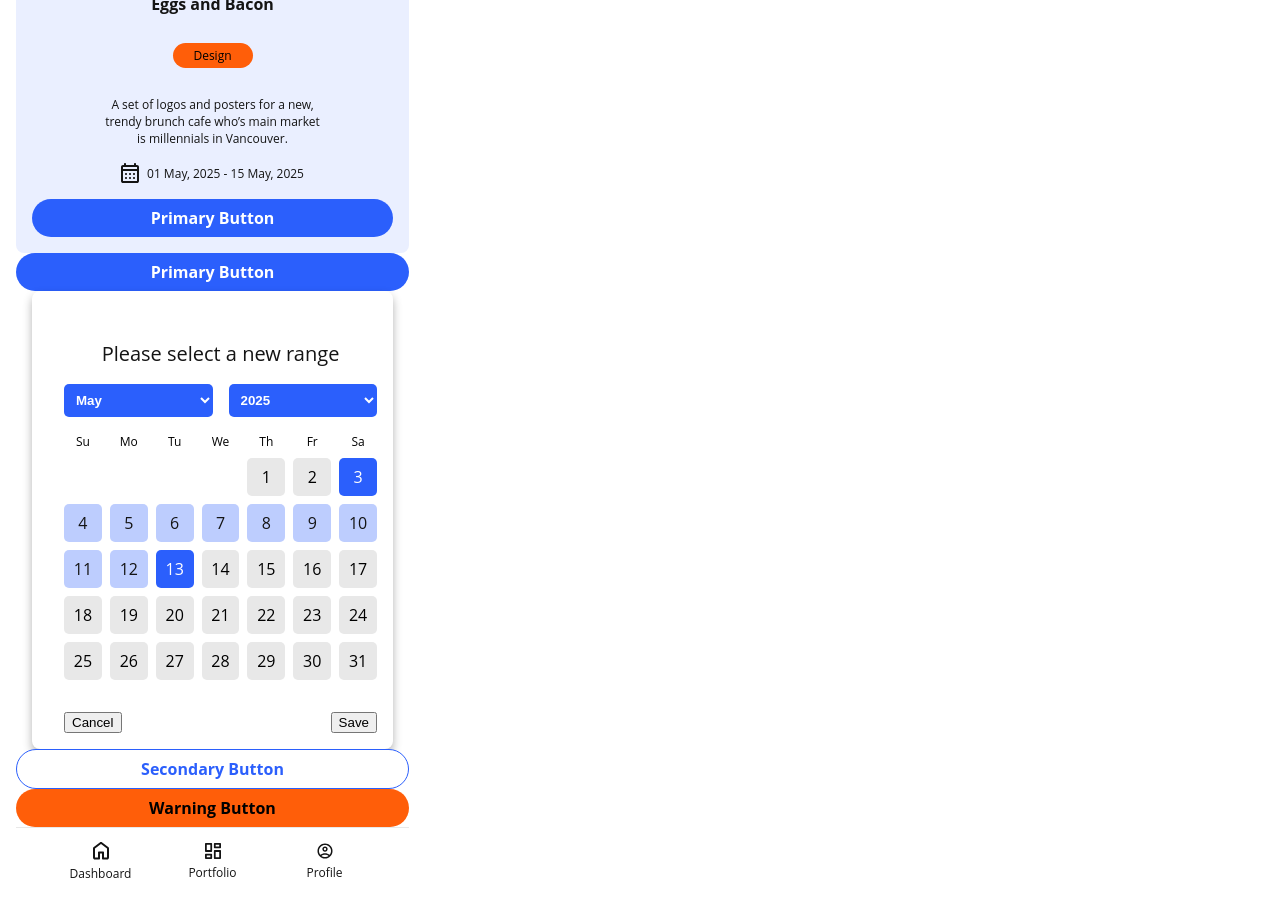
Repository: brunaguarizo/mosaic_app
Page: /
An editor plug-in stored every save of this project. The page is shown before and after the next save, followed by the edit.
The browser window is 1280 px wide. The pictures show the whole page.
The project was rebuilt for these pictures with package versions that can differ from the ones it lists, and the page was loaded fresh each time. The framework's server and built-in components were replaced by stand-ins that run in the browser. Also part of the build but not shown: next.config.mjs.

Above is the page before, as saved 2025-04-18 10:59:56.

After the next save:
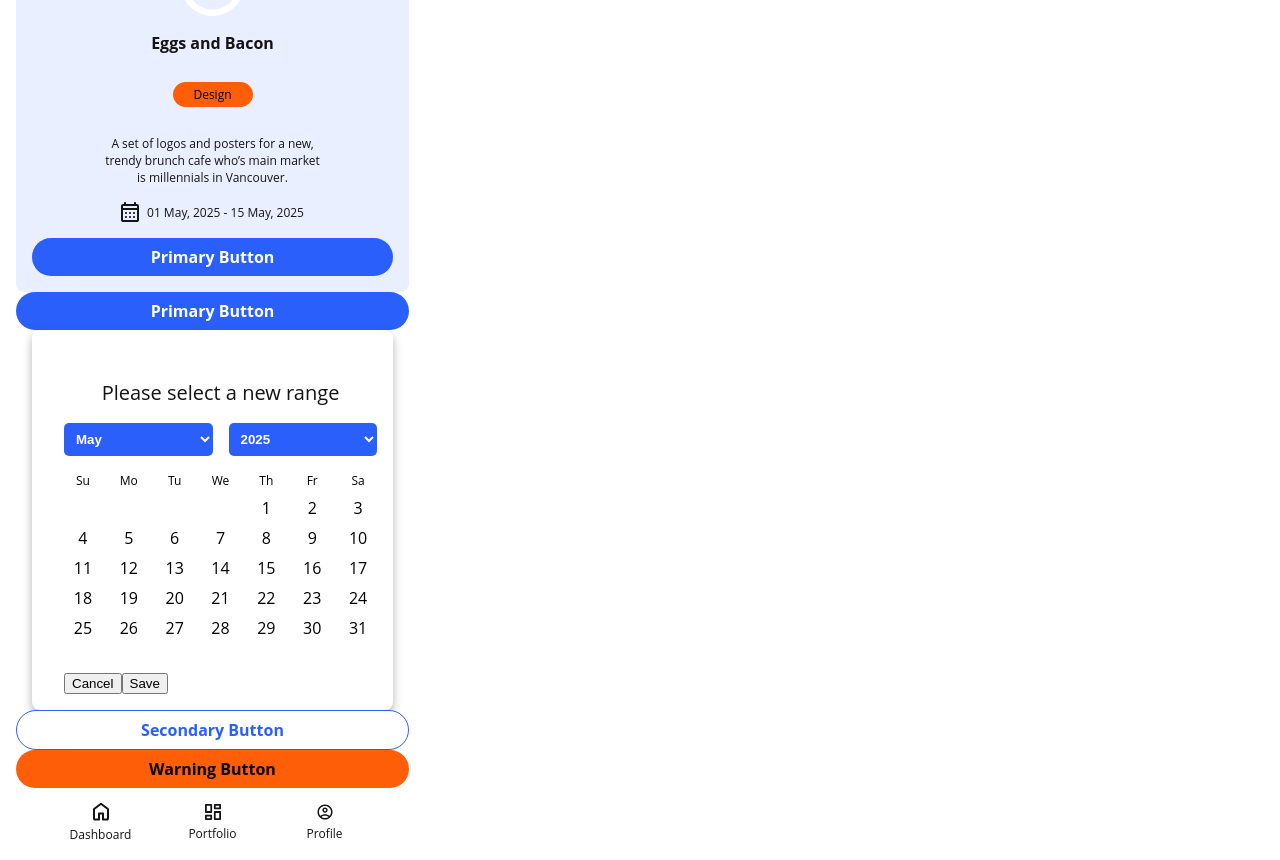
Saved 9 s later.
--- a/app/_ui/Date_PopUp/Date_PopUp.module.css
+++ b/app/_ui/Date_PopUp/Date_PopUp.module.css
@@ -2,33 +2,33 @@
     display: flex;
     justify-content: center;
     align-items: center;
-}
+  }
 
-.popup {
+  .popup {
     background-color: var(--white);
     padding: var(--space-medium) var(--space-regular) var(--space-regular)
-        var(--space-medium);
+      var(--space-medium);
     border-radius: var(--space-small);
     box-shadow: 0 5px 10px rgba(0, 0, 0, 0.3);
     font-family: var(--font-family);
     width: 361px;
     gap: var(--space-regular);
-}
+  }
 
-.title {
+  .title {
     font-size: var(--font-size-medium);
     font-weight: var(--font-weight-regular);
     color: var(--black);
     text-align: center;
-}
+  }
 
-.selects {
+  .selects {
     display: flex;
     gap: var(--space-regular);
     margin-bottom: var(--space-regular);
-}
+  }
 
-.select {
+  .select {
     flex: 1;
     padding: var(--space-small);
     background-color: var(--blue-primary);
@@ -37,92 +37,21 @@
     border: none;
     border-radius: 5px;
     cursor: pointer;
-}
+  }
 
-.calendar {
+  .calendar {
     display: grid;
     grid-template-columns: repeat(7, 1fr);
     gap: var(--space-small);
     text-align: center;
     margin-bottom: var(--space-medium);
-}
+  }
 
-.dayLabel {
+  .dayLabel {
     font-weight: var(--font-weight-regular);
     font-size: var(--font-size-small);
     color: black;
-}
+  }
 
-.dayCell {
-    padding: var(--space-small);
-    border-radius: 5px;
-    font-size: var(--font-size-regular);
-    background-color: var(--grey-50);
-    cursor: pointer;
-    user-select: none;
-}
-
-.dayCell:hover {
-    background-color: var(--blue-100);
-}
-
-.selected {
-    background-color: var(--blue-primary);
-    color: var(--white);
-}
-
-.inRange {
-    background-color: var(--blue-100);
-    color: var(--black);
-}
-
-.empty {
-    background: none;
-    pointer-events: none;
-}
-
-.actions {
-    display: flex;
-    justify-content: space-between;
-}
-
-/* ------------------------------------------------------ VARIABLES ------------------------------------------------------ */
-:root {
-    /* ----- COLORS ----- */
-    --blue-primary: rgb(43, 95, 252);
-    --blue-50: rgb(234, 239, 255);
-    --blue-100: #bdcdfe;
-    --blue-900: rgb(18, 40, 106);
-    --white: #ffffff;
-    --black: rgb(20, 20, 20);
-    --grey-400: rgb(67, 67, 67);
-    --grey-50: #e8e8e8;
-    --yellow-secondary: rgb(255, 218, 1);
-    --orange-secondary: rgb(255, 94, 9);
-    --green-secondary: rgb(0, 193, 79);
-    --purple-secondary: rgb(154, 65, 255);
-
-    /* ----- TYPE ----- */
-    --font-family: "Open Sans", sans-serif;
-
-    --font-size-extra-large: 30px;
-    --font-size-large: 24px;
-    --font-size-medium: 20px;
-    --font-size-regular: 16px;
-    --font-size-small: 12px;
-
-    --font-style-normal: normal;
-    --font-weight-bold: bold;
-
-    --line-height-xxlarge: 100px;
-    --line-height-large: 36px;
-    --line-height-medium: 28px;
-    --line-height-small: 20px;
-
-    /* ----- SPACING ----- */
-    --space-small: 8px;
-    --space-regular: 16px;
-    --space-medium: 32px;
-    --space-large: 48px;
-    --space-extra-large: 140px;
-}
+  .dayCell {
+    padding: var
